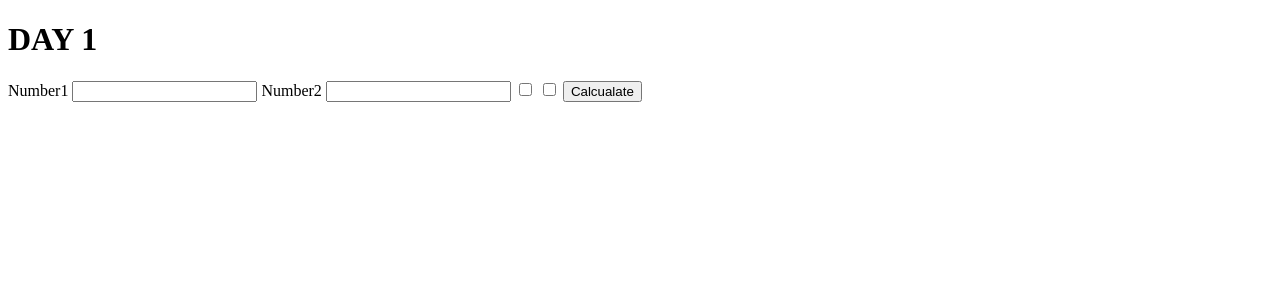
Repository: Padminivittal/Padmini-MWB
Page: MWB Day1/WebContent/Lab1.html
An editor plug-in stored every save of this project. The page is shown before and after the next save, followed by the edit.
The browser window is 1280 px wide. The pictures show the whole page.

Above is the page before, as saved 2012-07-20 07:33:57.

### MWB Day1/WebContent/Lab1.html
<!DOCTYPE HTML>
<html>
<head>
<script>
var  functionarray=[];
function add()
{
	var total = 0;
	for(var i=0;i<arguments.length;i++){
		total += arguments[i];
	}
	alert(total);
	return total;
}
function subract()
{
	var total = 0;
	total = arguments[0];
	for(var i=1;i<=arguments.length;i++){

		total -= arguments[i];
	}
	alert(total);
	return total;
}
function addOperations()
{
	var add =document.getElementById("add");
	var sub =document.getElementById("subract");

	if(sub.checked)
		functionarray["sub"]="subract"	;
	else
		functionarray["sub"]=null;

	if(add.checked)
		functionarray["add"]="add"	;
	else
		functionarray["add"]=null;

}
function calculate()
{
	alert(functionarray);
	for(var i=0;i<=functionarray.length;i++)
	{
		if(functionarray[i]!=null)

		doOperation(functionarray[i]);
	};

}
function doOperation(operation)
{
	var num1 =document.getElementById("number1");
	var num2 =document.getElementById("number2");
	alert(operation);
	operation(num1.value,num2.value);
	};
</script>
<title>MWB DAY 1</title>
</head>
<body>
<h1>DAY 1</h1>
<label for="number1" >Number1 </label>
<input type="number" id="number1"/>
<label for="number2" >Number2 </label>
<input type="number" id="number2"/>
<input type="checkbox" id="add" onchange="addOperations()" value="Add"/>
<input type="checkbox" id="subract" onchange="addOperations()" value="Subract"/>
<button id="calculate" onclick="calculate()">Calcualate</button>
<div id="results">

</div>
</body>
</html>

After the next save:
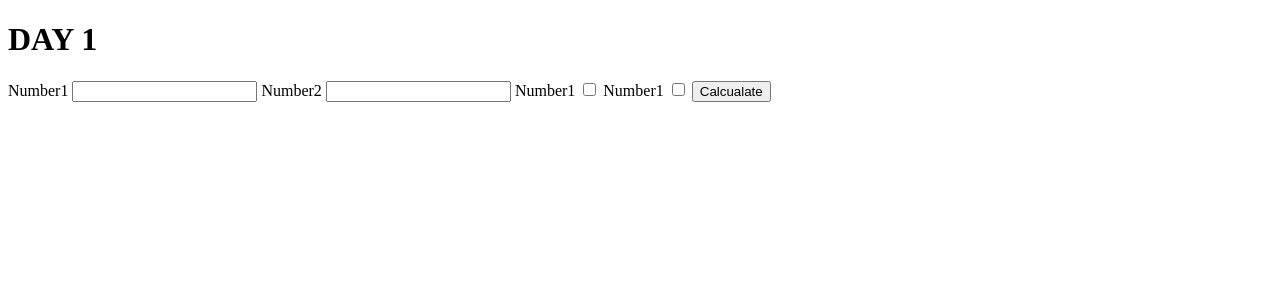
Saved 100 s later.
--- a/MWB Day1/WebContent/Lab1.html
+++ b/MWB Day1/WebContent/Lab1.html
@@ -66,8 +66,10 @@ function doOperation(operation)
 <input type="number" id="number1"/>
 <label for="number2" >Number2 </label>
 <input type="number" id="number2"/>
-<input type="checkbox" id="add" onchange="addOperations()" value="Add"/>
-<input type="checkbox" id="subract" onchange="addOperations()" value="Subract"/>
+<label for="add" >Number1 </label>
+<input type="checkbox" id="add" onchange="addOperations()"/>
+<label for="subract" >Number1 </label>
+<input type="checkbox" id="subract" onchange="addOperations()"/>
 <button id="calculate" onclick="calculate()">Calcualate</button>
 <div id="results">
 
